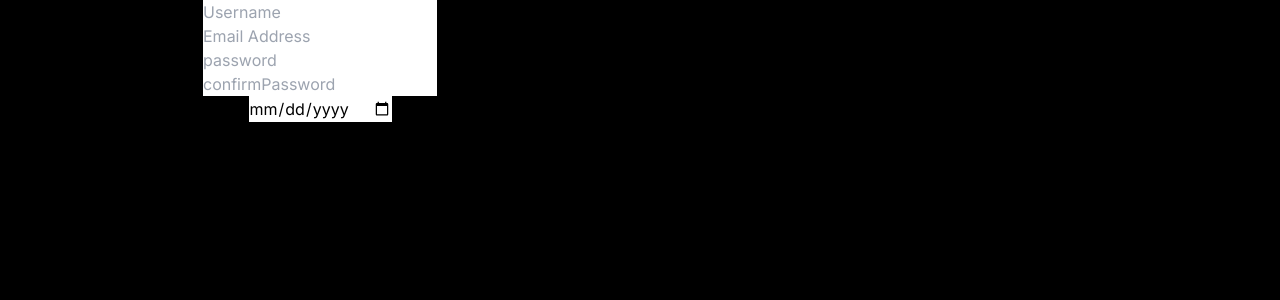
Repository: uh-sman/tiktok-card
Page: /
These files come from the project's save history. The page is drawn as it stood at one moment and after the next save; the edit follows.
The browser window is 1280 px wide. The pictures show the whole page.
The project was rebuilt for these pictures with package versions that can differ from the ones it lists, and the page was loaded fresh each time. The framework's server and built-in components were replaced by stand-ins that run in the browser. Also part of the build but not shown: next.config.js.

Above is the page before, as saved 2023-12-19 11:58:57.

After the next save:
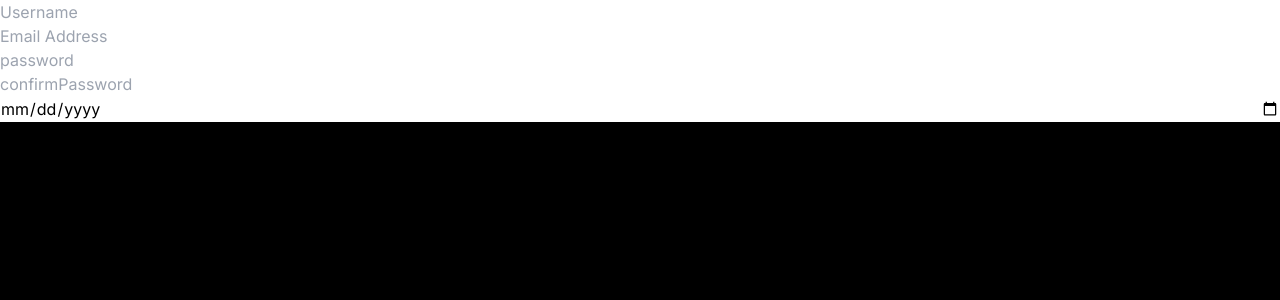
Saved 13 s later.
--- a/app/page.tsx
+++ b/app/page.tsx
@@ -23,7 +23,7 @@ export default function Home() {
     <div className="bg-black h-screen w-screen">
       {/* <div className="flex justify-center"> */}
       <div className="flex justify-center  w-full flex-col">
-        <form className="flex flex-col items-center w-1/2" onSubmit={()=> {}}>
+        <form className="flex flex-col" onSubmit={()=> {}}>
           <Input
             className=""
             id="Username"
